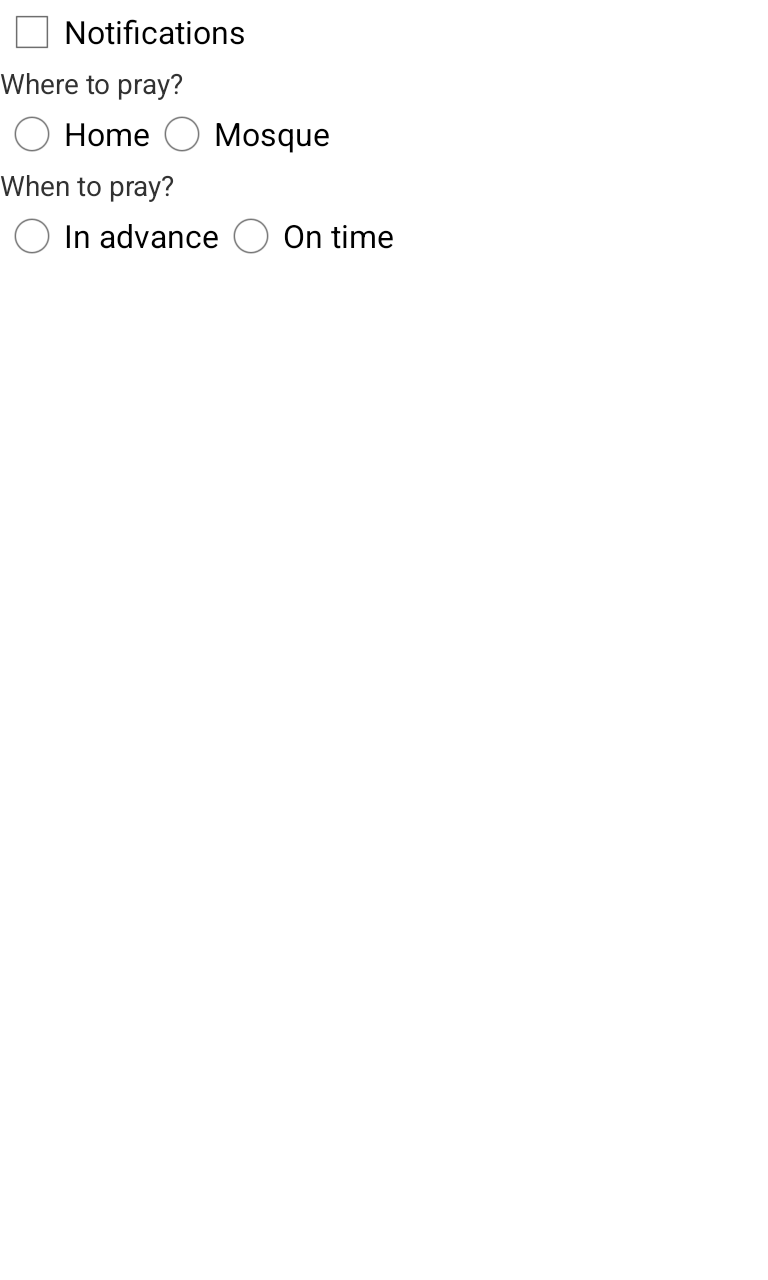
Repository: Osamah/Afstudeerwerk
Layout: NativeApp/SecondPillar/res/layout/activity_settings.xml
These files come from the project's save history. The layout is drawn as it stood at one moment and after the next save; the edit follows.
It is drawn on a 768 x 1280 px phone screen (xhdpi) without system bars, with theme AppTheme; the app's code is not run.

Above is the layout before, as saved 2012-12-29 18:56:26.

### NativeApp/SecondPillar/res/layout/activity_settings.xml
<?xml version="1.0" encoding="utf-8"?>
<LinearLayout xmlns:android="http://schemas.android.com/apk/res/android"
    android:layout_width="match_parent"
    android:layout_height="match_parent"
    android:orientation="vertical" >

    <CheckBox
        android:id="@+id/notifications"
        android:layout_width="fill_parent"
        android:layout_height="wrap_content"
        android:text="@string/notifications" />

    <TextView
        android:layout_width="wrap_content"
        android:layout_height="wrap_content"
        android:text="@string/prayingWhere" />

	<RadioGroup
	    android:id="@+id/wherePraying"
	    android:layout_width="wrap_content"
	    android:layout_height="wrap_content"
	    android:orientation="horizontal" >

	    <RadioButton
	    	android:id="@+id/prayhome"
	    	android:text="@string/prayHome"/>

	    <RadioButton
	        android:id="@+id/prayMosque"
	        android:text="@string/prayMosque" />
	</RadioGroup>



  <TextView
        android:layout_width="wrap_content"
        android:layout_height="wrap_content"
        android:text="@string/NotificationsPraying" />

  <RadioGroup
      android:id="@+id/NotificationsPraying"
      android:layout_width="wrap_content"
      android:layout_height="wrap_content"
      android:orientation="horizontal" >

      <RadioButton
          android:id="@+id/inAdvance"
          android:text="@string/inAdvance" />

      <RadioButton
          android:id="@+id/onTime"
          android:text="@string/onTime" />
  </RadioGroup>

</LinearLayout>

### NativeApp/SecondPillar/res/values/strings.xml
<?xml version="1.0" encoding="utf-8"?>
<resources>

    <string name="app_name">Second Pillar</string>

    <!-- Menu -->
    <string name="menu_search">Search</string>

    <!-- Option Menu -->
	<string name="option_settings">Settings</string>
	<string name="option_about">About</string>

	<!-- Settings -->
	<string name="notifications">Notifications</string>

	<string name="prayingWhere">Where to pray?</string>
	<string name="prayHome">Home</string>
	<string name="prayMosque">Mosque</string>


	<string name="NotificationsPraying">When to pray?</string>
	<string name="inAdvance">In advance</string>
	<string name="onTime">On time</string>


    <!-- Prayer -->
    <string name="headerCol1">Prayer</string>
    <string name="headerCol2">Time</string>
    <string name="headerCol3">L</string>

    <string name="prayer1">Fajr</string>
    <string name="prayer2">Dhor</string>
    <string name="prayer3">Asr</string>
    <string name="prayer4">Magreb</string>
    <string name="prayer5">Isha</string>

    <string name="prayerTime1">5h25</string>
    <string name="prayerTime2">12h30</string>
    <string name="prayerTime3">15h37</string>
    <string name="prayerTime4">18h48</string>
    <string name="prayerTime5">21h00</string>

</resources>

Loaded but not shown: NativeApp/SecondPillar/res/values/styles.xml (common file); NativeApp/SecondPillar/res/values-v11/styles.xml (common file); NativeApp/SecondPillar/res/values-v14/styles.xml (common file)

After the next save:
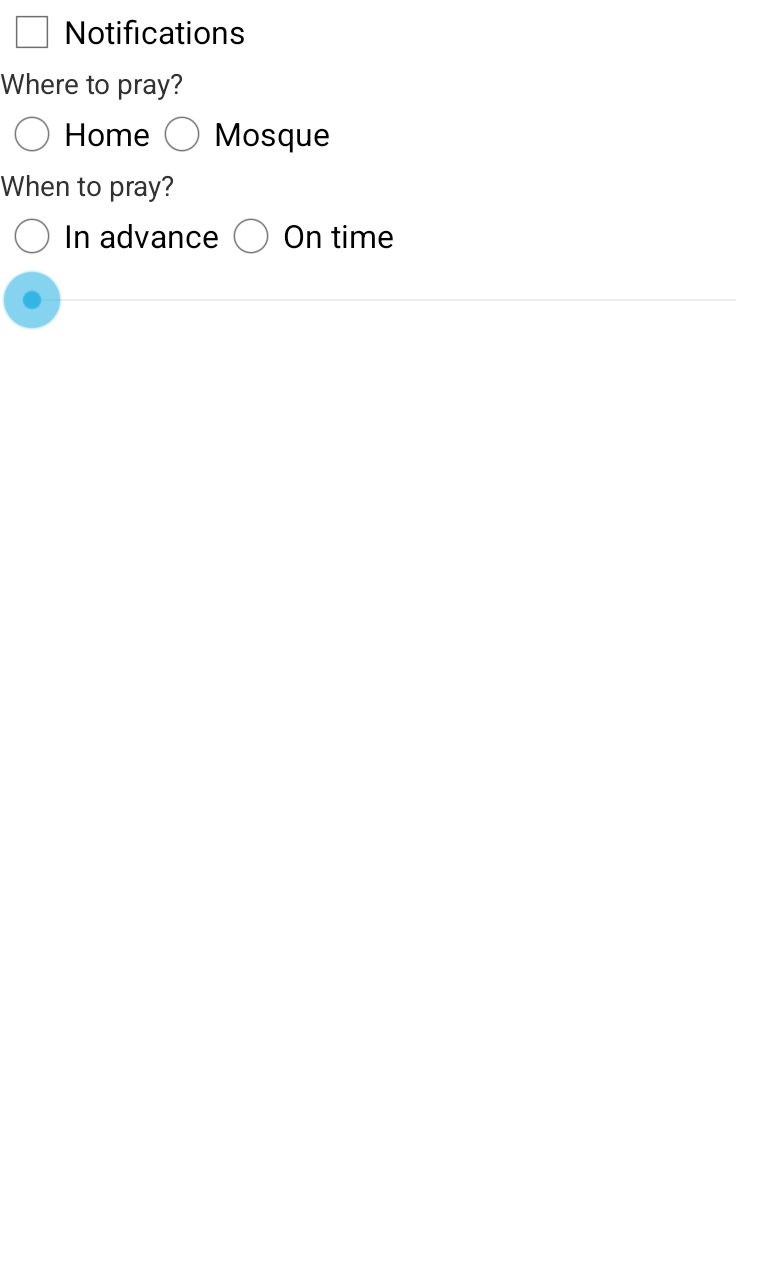
Saved 10 s later.
--- a/NativeApp/SecondPillar/res/layout/activity_settings.xml
+++ b/NativeApp/SecondPillar/res/layout/activity_settings.xml
@@ -52,4 +52,9 @@
           android:text="@string/onTime" />
   </RadioGroup>
 
+  <SeekBar
+      android:id="@+id/seekBar1"
+      android:layout_width="match_parent"
+      android:layout_height="wrap_content" />
+
 </LinearLayout>
